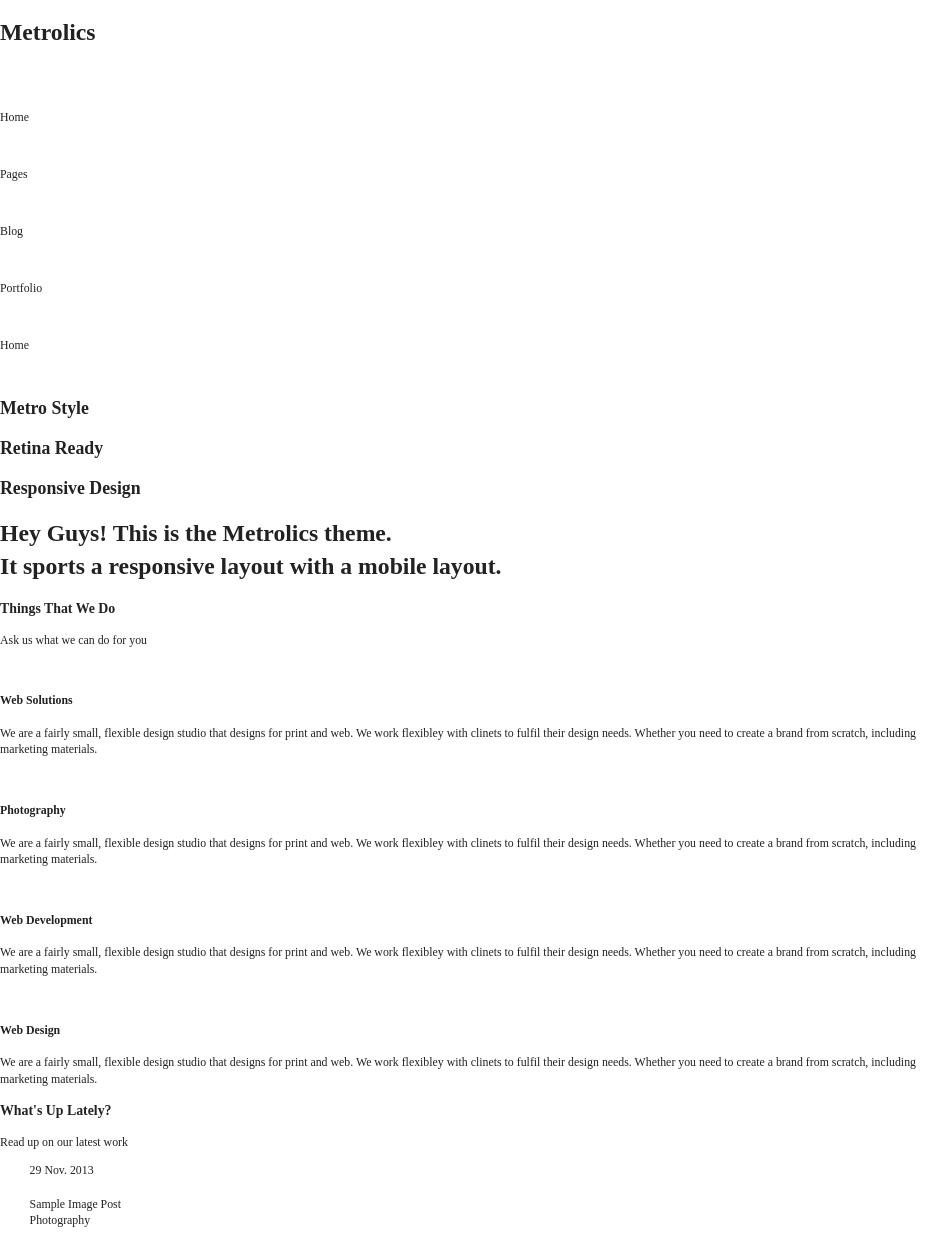
Repository: claudiashin/metrolics
Page: index.html
These files come from the project's save history. The page is drawn as it stood at one moment and after the next save; the edit follows.
The browser window is 1280 px wide. The pictures show the whole page, at 74% of full size.

Above is the page before, as saved 2021-01-27 15:53:12.

### index.html
<!doctype html>
<html class="no-js" lang="EN">

<head>
  <meta charset="utf-8">
  <title>MDIA 2003 Lab 3</title>
  <meta name="description" content="">
  <meta name="viewport" content="width=device-width, initial-scale=1">

  <link rel="manifest" href="site.webmanifest">
  <link rel="apple-touch-icon" href="icon.png">
  <!-- Place favicon.ico in the root directory -->

  <link rel="stylesheet" href="css/normalize.css">
  <link rel="stylesheet" href="css/main.css">
</head>

<body>
  <header class="page_header">
    <div class="logo">
      <div><h1>Metrolics</h1></div>
      <div class="logoimg"><img src=""></div>
    </div>
  </header>

  <nav class="page_nav">
    <div class="nav_container">
      <div class="nav_icon">
        <div><img src=""></div>
        <p>Home</p>
      </div>
      <div class="nav_icon">
        <div><img src=""></div>
        <p>Pages</p>
      </div><div class="nav_icon">
        <div><img src=""></div>
        <p>Blog</p>
      </div><div class="nav_icon">
        <div><img src=""></div>
        <p>Portfolio</p>
      </div><div class="nav_icon">
        <div><img src=""></div>
        <p>Home</p>
      </div>
    </div>
  </nav>

  <section class="main_container">
    <div class="heroimg">
      <img src="">
    </div>
    <div class="">
      <h2>Metro Style</h2>
      <h2>Retina Ready</h2>
      <h2>Responsive Design</h2>
    </div>
  </section>

  <section class="main_container">
    <div>
      <h1>Hey Guys! This is the <span class="textcol">Metrolics</span> theme.<br>It sports a responsive layout with a mobile layout.</h1>
    </div>
  </section>

  <section class="main_container">
    <div class="container">
      <h3>Things That We Do</h3>
      <p>Ask us what we can do for you</p>
    </div>
    <div class="container">
      <div class="container_feature">
        <div class="feature_img">
          <img src="">
        </div>
        <div><h4>Web Solutions</h4></div>
        <div><p>We are a fairly small, flexible design studio that designs for print
          and web. We work flexibley with clinets to fulfil their design needs. Whether
          you need to create a brand from scratch, including marketing materials.
        </p></div>
      </div>
    </div>
    <div class="container">
      <div class="container_feature">
        <div class="feature_img">
          <img src="">
        </div>
        <div><h4>Photography</h4></div>
        <div><p>We are a fairly small, flexible design studio that designs for print
          and web. We work flexibley with clinets to fulfil their design needs. Whether
          you need to create a brand from scratch, including marketing materials.
        </p></div>
      </div>
    </div><div class="container">
      <div class="container_feature">
        <div class="feature_img">
          <img src="">
        </div>
        <div><h4>Web Development</h4></div>
        <div><p>We are a fairly small, flexible design studio that designs for print
          and web. We work flexibley with clinets to fulfil their design needs. Whether
          you need to create a brand from scratch, including marketing materials.
        </p></div>
      </div>
    </div><div class="container">
      <div class="container_feature">
        <div class="feature_img">
          <img src="">
        </div>
        <div><h4>Web Design</h4></div>
        <div><p>We are a fairly small, flexible design studio that designs for print
          and web. We work flexibley with clinets to fulfil their design needs. Whether
          you need to create a brand from scratch, including marketing materials.
        </p></div>
      </div>
    </div>
  </section>

  <section class="main_container">
    <div class="container">
      <h3>What's Up Lately?</h3>
      <p>Read up on our latest work</p>
    </div>
    <div class="container">
      <figure>
        <figcaption>29 Nov. 2013</figcaption>
        <img src="" value="">
        <figcaption>Sample Image Post <br> Photography</figcaption>

      </figure>
    </div>

  </section>

  <section class="main_container">

  </section>

  <article class="main_container">

  </article>

  <footer>

  </footer>
</body>

</html>

### css/main.css
/*! HTML5 Boilerplate v8.0.0 | MIT License | https://html5boilerplate.com/ */

/* main.css 2.1.0 | MIT License | https://github.com/h5bp/main.css#readme */
/*
 * What follows is the result of much research on cross-browser styling.
 * Credit left inline and big thanks to Nicolas Gallagher, Jonathan Neal,
 * Kroc Camen, and the H5BP dev community and team.
 */

/* ==========================================================================
   Base styles: opinionated defaults
   ========================================================================== */

html {
  color: #222;
  font-size: 1em;
  line-height: 1.4;
}

/*
 * Remove text-shadow in selection highlight:
 * https://twitter.com/miketaylr/status/12228805301
 *
 * Vendor-prefixed and regular ::selection selectors cannot be combined:
 * https://stackoverflow.com/a/16982510/7133471
 *
 * Customize the background color to match your design.
 */

::-moz-selection {
  background: #b3d4fc;
  text-shadow: none;
}

::selection {
  background: #b3d4fc;
  text-shadow: none;
}

/*
 * A better looking default horizontal rule
 */

hr {
  display: block;
  height: 1px;
  border: 0;
  border-top: 1px solid #ccc;
  margin: 1em 0;
  padding: 0;
}

/*
 * Remove the gap between audio, canvas, iframes,
 * images, videos and the bottom of their containers:
 * https://github.com/h5bp/html5-boilerplate/issues/440
 */

audio,
canvas,
iframe,
img,
svg,
video {
  vertical-align: middle;
}

/*
 * Remove default fieldset styles.
 */

fieldset {
  border: 0;
  margin: 0;
  padding: 0;
}

/*
 * Allow only vertical resizing of textareas.
 */

textarea {
  resize: vertical;
}

/* ==========================================================================
   Author's custom styles
   ========================================================================== */

/* ==========================================================================
   Helper classes
   ========================================================================== */

/*
 * Hide visually and from screen readers
 */

.hidden,
[hidden] {
  display: none !important;
}

/*
 * Hide only visually, but have it available for screen readers:
 * https://snook.ca/archives/html_and_css/hiding-content-for-accessibility
 *
 * 1. For long content, line feeds are not interpreted as spaces and small width
 *    causes content to wrap 1 word per line:
 *    https://medium.com/@jessebeach/beware-smushed-off-screen-accessible-text-5952a4c2cbfe
 */

.sr-only {
  border: 0;
  clip: rect(0, 0, 0, 0);
  height: 1px;
  margin: -1px;
  overflow: hidden;
  padding: 0;
  position: absolute;
  white-space: nowrap;
  width: 1px;
  /* 1 */
}

/*
 * Extends the .sr-only class to allow the element
 * to be focusable when navigated to via the keyboard:
 * https://www.drupal.org/node/897638
 */

.sr-only.focusable:active,
.sr-only.focusable:focus {
  clip: auto;
  height: auto;
  margin: 0;
  overflow: visible;
  position: static;
  white-space: inherit;
  width: auto;
}

/*
 * Hide visually and from screen readers, but maintain layout
 */

.invisible {
  visibility: hidden;
}

/*
 * Clearfix: contain floats
 *
 * For modern browsers
 * 1. The space content is one way to avoid an Opera bug when the
 *    `contenteditable` attribute is included anywhere else in the document.
 *    Otherwise it causes space to appear at the top and bottom of elements
 *    that receive the `clearfix` class.
 * 2. The use of `table` rather than `block` is only necessary if using
 *    `:before` to contain the top-margins of child elements.
 */

.clearfix::before,
.clearfix::after {
  content: " ";
  display: table;
}

.clearfix::after {
  clear: both;
}

/* ==========================================================================
   EXAMPLE Media Queries for Responsive Design.
   These examples override the primary ('mobile first') styles.
   Modify as content requires.
   ========================================================================== */

@media only screen and (min-width: 35em) {
  /* Style adjustments for viewports that meet the condition */
}

@media print,
  (-webkit-min-device-pixel-ratio: 1.25),
  (min-resolution: 1.25dppx),
  (min-resolution: 120dpi) {
  /* Style adjustments for high resolution devices */
}

/* ==========================================================================
   Print styles.
   Inlined to avoid the additional HTTP request:
   https://www.phpied.com/delay-loading-your-print-css/
   ========================================================================== */

@media print {
  *,
  *::before,
  *::after {
    background: #fff !important;
    color: #000 !important;
    /* Black prints faster */
    box-shadow: none !important;
    text-shadow: none !important;
  }

  a,
  a:visited {
    text-decoration: underline;
  }

  a[href]::after {
    content: " (" attr(href) ")";
  }

  abbr[title]::after {
    content: " (" attr(title) ")";
  }

  /*
   * Don't show links that are fragment identifiers,
   * or use the `javascript:` pseudo protocol
   */
  a[href^="#"]::after,
  a[href^="javascript:"]::after {
    content: "";
  }

  pre {
    white-space: pre-wrap !important;
  }

  pre,
  blockquote {
    border: 1px solid #999;
    page-break-inside: avoid;
  }

  /*
   * Printing Tables:
   * https://web.archive.org/web/20180815150934/http://css-discuss.incutio.com/wiki/Printing_Tables
   */
  thead {
    display: table-header-group;
  }

  tr,
  img {
    page-break-inside: avoid;
  }

  p,
  h2,
  h3 {
    orphans: 3;
    widows: 3;
  }

  h2,
  h3 {
    page-break-after: avoid;
  }
}

Loaded but not shown: css/normalize.css (library)

After the next save:
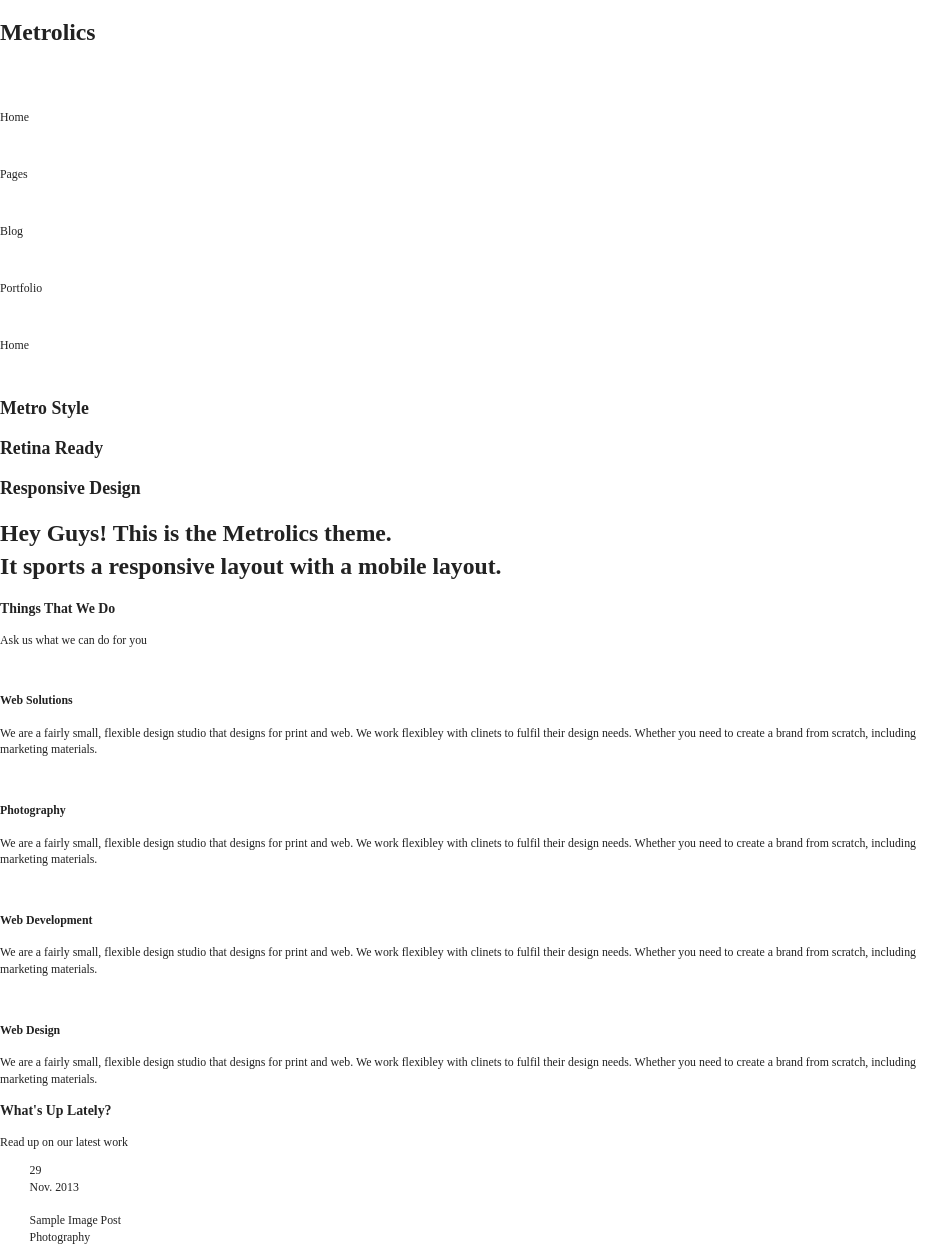
Saved 41 s later.
--- a/index.html
+++ b/index.html
@@ -122,7 +122,7 @@
     </div>
     <div class="container">
       <figure>
-        <figcaption>29 Nov. 2013</figcaption>
+        <figcaption>29 <br> Nov. 2013</figcaption>
         <img src="" value="">
         <figcaption>Sample Image Post <br> Photography</figcaption>
 
